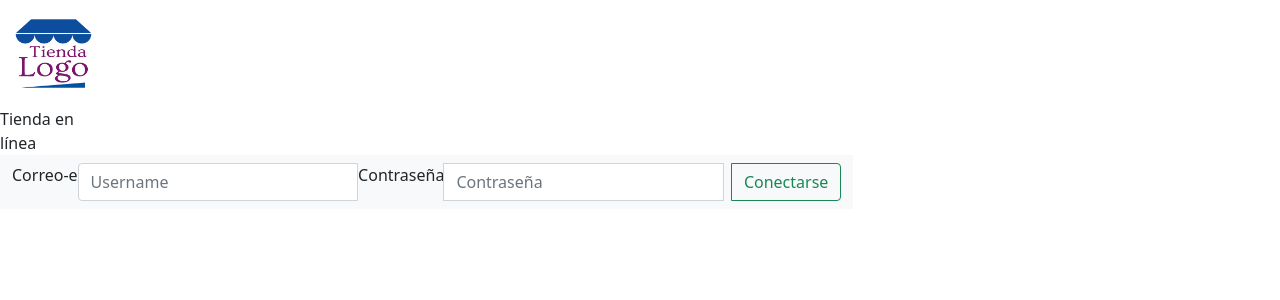
Repository: nicorp00/bootstrapSass
Page: Main/index.html
An editor plug-in stored every save of this project. The page is shown before and after the next save, followed by the edit.
The browser window is 1280 px wide. The pictures show the whole page.
The style sheet was rebuilt from its Sass, Less or Tailwind sources for each picture, by a compiler version that may differ from the author's.

Above is the page before, as saved 2022-03-25 10:59:03.

### Main/index.html
<!DOCTYPE html>
<html lang="en">
<head>
    <meta charset="UTF-8">
    <meta http-equiv="X-UA-Compatible" content="IE=edge">
    <meta name="viewport" content="width=device-width, initial-scale=1.0">
    <title>Document</title>
    <link rel="stylesheet" href="css/style.css">
    <link rel="stylesheet" href="css/bootstrap.min.css">
</head>
<body>
    <section class="section__top">
        <div class="col-1">
            <img src="img/logo.png" class="img-fluid" alt="...">
            <span>Tienda en línea</span>
        </div>
        <div>
            <nav class="navbar navbar-light bg-light col-8">
                <form class="container-fluid">
                  <div class="input-group">
                    <!--<span class="input-group-text" id="basic-addon1">@</span>-->
                    Correo-e<input type="text" class="form-control" placeholder="Username" aria-label="Correo@" aria-describedby="basic-addon1">
                    Contraseña<input class="form-control me-2" type="search" placeholder="Contraseña" aria-label="Search">
                    <button class="btn btn-outline-success" type="submit">Conectarse</button>
                  </div>
                </form>
              </nav>
        </div>
    </section>
    <script src="js/bootstrap.min.js"></script>
</body>
</html>

### Main/scss/style.scss
@use 'body';

Loaded but not shown: Main/css/bootstrap.min.css (library); Main/js/bootstrap.min.js (library); Main/scss/_body.scss (common file)

After the next save:
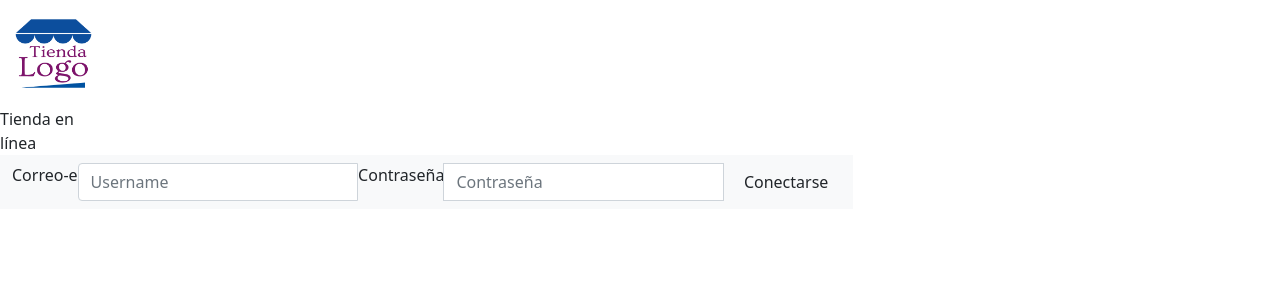
Saved 9 s later.
--- a/Main/index.html
+++ b/Main/index.html
@@ -21,7 +21,7 @@
                     <!--<span class="input-group-text" id="basic-addon1">@</span>-->
                     Correo-e<input type="text" class="form-control" placeholder="Username" aria-label="Correo@" aria-describedby="basic-addon1">
                     Contraseña<input class="form-control me-2" type="search" placeholder="Contraseña" aria-label="Search">
-                    <button class="btn btn-outline-success" type="submit">Conectarse</button>
+                    <button class="btn" type="submit">Conectarse</button>
                   </div>
                 </form>
               </nav>
